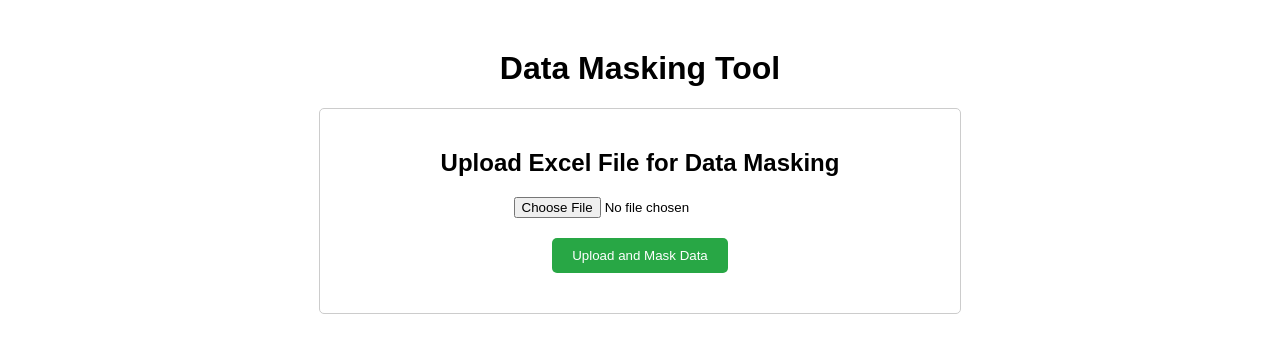
Repository: prithika12/DataMasking_Tool
Page: index.html
These files come from the project's save history. The page is drawn as it stood at one moment and after the next save; the edit follows.
The browser window is 1280 px wide. The pictures show the whole page.

Above is the page before, as saved 2024-07-09 11:25:41.

After the next save:
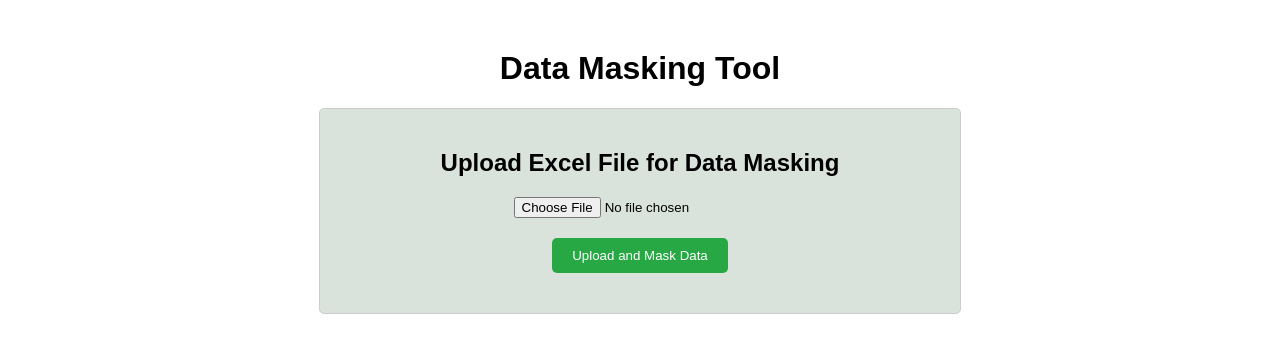
Saved 3 min 42 s later.
--- a/index.html
+++ b/index.html
@@ -11,6 +11,7 @@
             max-width: 600px;
             margin: 0 auto;
             padding: 20px;
+            background-color: #d9e3dc;
             border: 1px solid #ccc;
             border-radius: 5px;
         }
